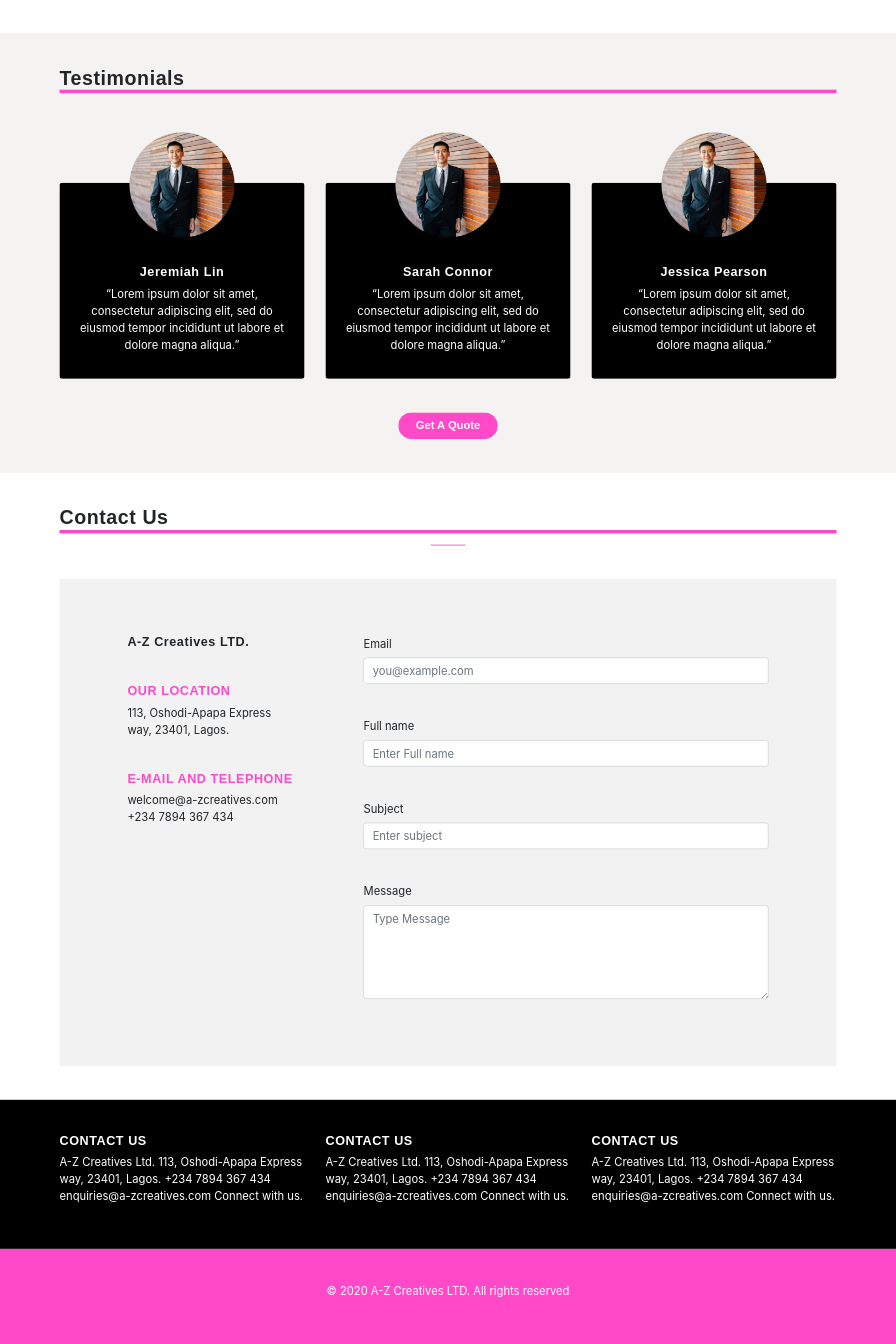
Repository: Syfon01/hng-port
Page: index.html
An editor plug-in stored every save of this project. The page is shown before and after a run of saves, followed by the edit.
The browser window is 1280 px wide. The pictures show the part of the page from y = 3233 to 5153 px (the page is 5153 px tall before and 5136 px after), at 70% of full size.
Some web fonts or font styles are not loaded; a fallback is used.

Above is the page before, as saved 2020-06-28 20:20:07.

After the next 2 saves:
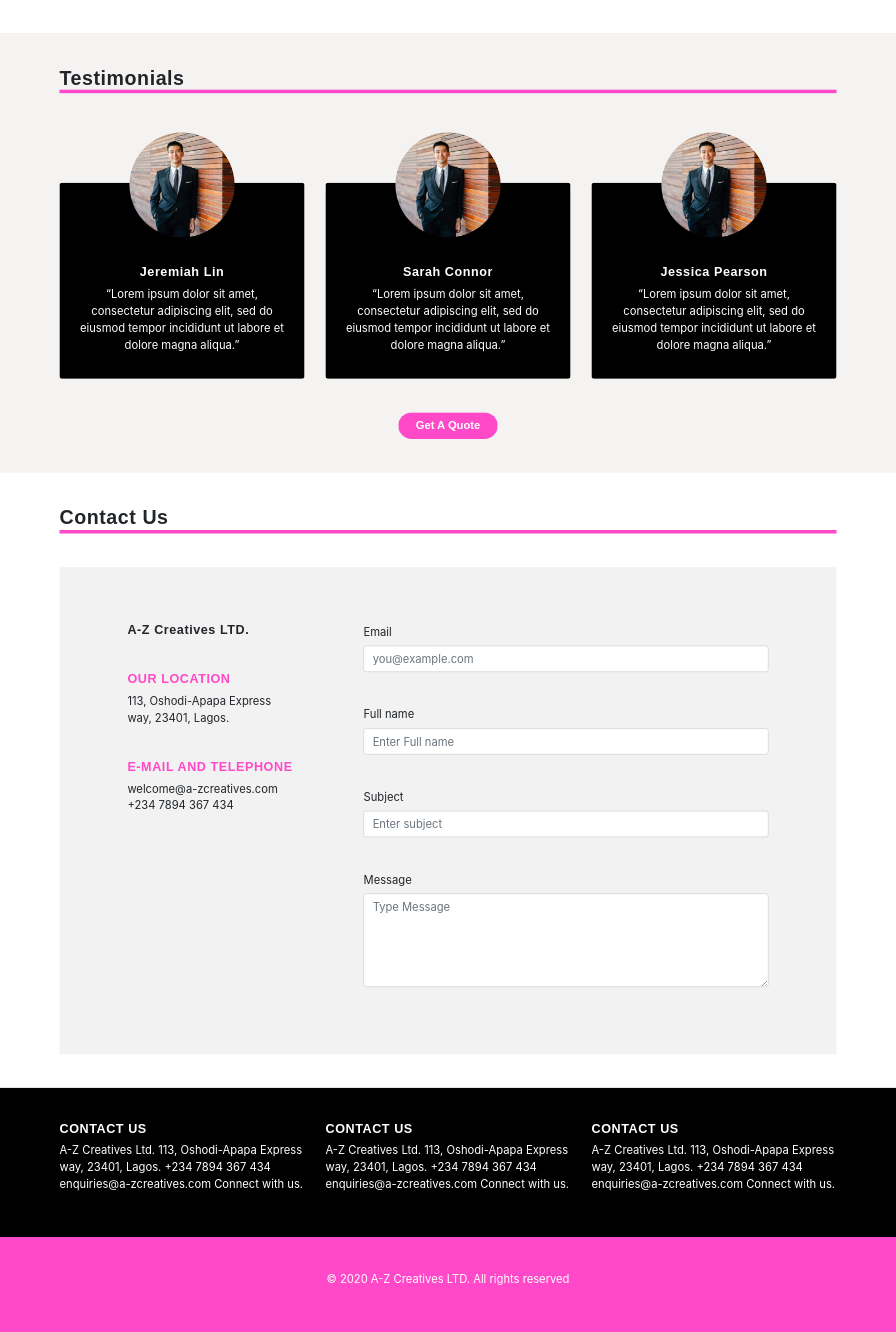
The 2 saves are shown as one change because they came seconds apart.
The last was saved 3 min 19 s later.
--- a/index.html
+++ b/index.html
@@ -465,7 +465,7 @@
         <h3>
           Contact Us
         </h3>
-        <hr class="hr">
+        <span class="hr">
 
 
         <div class="contact-form mt-5 contact-pad">
